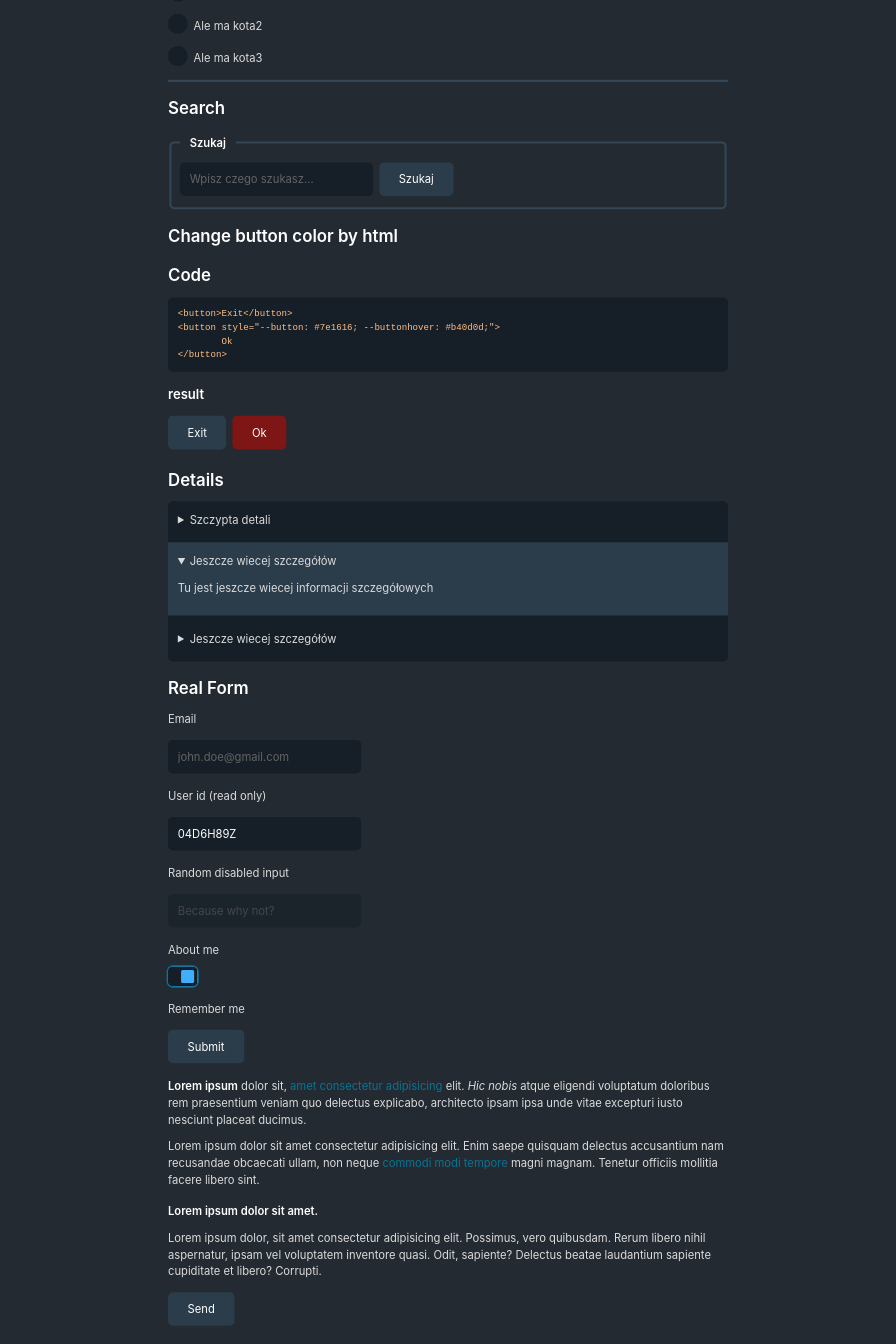
Repository: KozakBartosz/Draft
Page: index.html
These files come from the project's save history. The page is drawn as it stood at one moment and after the next save; the edit follows.
The browser window is 1280 px wide. The pictures show the part of the page from y = 2810 to 4730 px (the page is 4730 px tall before and 4723 px after), at 70% of full size.

Above is the page before, as saved 2019-04-12 09:12:36.

### index.html
<!DOCTYPE html>
<html lang="en">
	<head>
		<meta charset="UTF-8" />
		<meta name="viewport" content="width=device-width, initial-scale=1.0" />
		<meta http-equiv="X-UA-Compatible" content="ie=edge" />
		<title>Draft.css</title>
		<link rel="stylesheet" href="draft.css" />
	</head>
	<body>
		<h1><input type="checkbox" checked="checked" /> Draft.css</h1>
		<div style="float: right">
			Thema:
			<select name="" id="changethema">
				<option value="0">Defult</option>
				<option value="1">Defult mini</option>
				<option value="2">Light</option>
				<option value="3">Blood</option>
				<option value="4">Matrix</option>
			</select>
		</div>
		<h1>The most simple css framwork</h1>
		<h2>What is draft.css</h2>
		<p>
			Framwork is targeted at quickly creating prototypes of forms and
			simple template. Designed to written html code looked beautiful and
			did not require any class and non-standard elements.
		</p>
		<h2>How use</h2>
		<p>All you have to do is add this code to the head section:</p>

		<pre><code>&lt;link rel="stylesheet" href="https://kozakbartosz.pl/draft/def.css" /&gt;</code></pre>

		<h1>Examples:</h1>

		<h3>Code:</h3>

		<pre><code>&lt;label&gt;<br />&nbsp; &nbsp; Normal text: &lt;input type="text" placeholder="placeholder..." /&gt;<br />&lt;/label&gt;<br />&lt;label&gt;<br />&nbsp; &nbsp; Inpit number: &lt;input type="number" value="1"/&gt;<br />&lt;/label&gt;<br />Data:<br />&lt;p&gt;<br />&nbsp; &nbsp; &lt;input type="date" /&gt;<br />&nbsp; &nbsp; &lt;input type="time" /&gt;<br />&lt;/p&gt;<br />Commodi:<br />&lt;label&gt;<br />&nbsp; &nbsp; &lt;input type="checkbox" /&gt; facilis non?<br />&lt;/label&gt;</code></pre>
		<h3>Result:</h3>
		<label>
			Normal text
			<input type="text" placeholder="placeholder..." />
		</label>
		<label>
			Inpit number
			<input type="number" value="1" />
		</label>
		Data:
		<p>
			<input type="date" />
			<input type="time" />
		</p>
		Commodi:
		<label> <input type="checkbox" /> facilis non? </label>

		<hr />

		<h3>Code:</h3>
		<pre><code>// This logs a message to the console<br />console.log('Hello,world!')</code></pre>

		<h2>Forms</h2>

		<ul>
			<li>Lorem, ipsum dolor.</li>
			<li>Commodi, aut ipsa.</li>
			<li>Dignissimos, quibusdam nobis?</li>
			<li>Quae, in praesentium.</li>
			<li>Aut, facilis non?</li>
		</ul>
		<ol>
			<li>Lorem, ipsum dolor.</li>
			<li>Commodi, aut ipsa.</li>
			<li>Dignissimos, quibusdam nobis?</li>
			<li>Quae, in praesentium.</li>
			<li>Aut, facilis non?</li>
		</ol>
		<textarea
			name="about"
			id="about"
			placeholder="I am a textarea..."
			rows="6"
		></textarea>
		<h2>Lorem ipsum dolor sit amet.</h2>
		<label>
			Normal text
			<input type="text" />
		</label>
		<label>
			Inpit number <input type="number" / value="1">
		</label>
		Data:
		<p>
			<input type="date" />
			<input type="time" />
		</p>
		<label>
			Nazwa:
			<select name="" id="">
				<option value="">Wybierz</option>
				<option value="">jeden</option>
				<option value="">dwa</option>
				<option value="">trzy</option>
			</select>
		</label>

		<table>
			<tr>
				<th>lorem</th>
				<th>lorem</th>
				<th>lorem</th>
			</tr>
			<tr>
				<td>lorem</td>
				<td>lorem</td>
				<td>lorem</td>
			</tr>
			<tr>
				<td>lorem</td>
				<td>lorem</td>
				<td>lorem</td>
			</tr>
		</table>

		<h3>Checkbox</h3>
		<label> <input type="checkbox" /> Ale ma kota </label>

		<label> <input type="checkbox" /> Ale ma kota2 </label>

		<label> <input type="checkbox" /> Ale ma kota3 </label>

		<h3>Radio</h3>
		<label> <input type="radio" name="radio" /> Ale ma kota </label>
		<label> <input type="radio" name="radio" /> Ale ma kota2 </label>
		<label> <input type="radio" name="radio" /> Ale ma kota3 </label>

		<hr />

		<h2>Search</h2>

		<fieldset class="search">
			<legend>Szukaj</legend>
			<form action="produkty,szukaj" method="get">
				<input
					type="text"
					name="q"
					placeholder="Wpisz czego szukasz..."
				/>
				<button>Szukaj</button>
			</form>
		</fieldset>

		<h2>Change button color by html</h2>

		<h2>Code</h2>
		<pre><code>&lt;button&gt;Exit&lt;/button&gt;<br>&lt;button style="--button: #7e1616; --buttonhover: #b40d0d;"&gt;
	Ok<br>&lt;/button&gt;</code></pre>

		<h3>result</h3>
		<button>Exit</button>
		<button style="--button: #7e1616; --buttonhover: #b40d0d;">
			Ok
		</button>

		<h2>Details</h2>

		<details>
			<summary>Szczypta detali</summary>
			<p>Informacje szczegółowe na dany temat.</p>
		</details>

		<details open>
			<summary>Jeszcze wiecej szczegółów</summary>
			<p>Tu jest jeszcze wiecej informacji szczegółowych</p>
		</details>

		<details>
			<summary>Jeszcze wiecej szczegółów</summary>
			<p>
				Lorem ipsum dolor sit amet consectetur adipisicing elit. Minima
				fugiat explicabo assumenda ducimus nobis aliquid esse, ad ab
				sapiente officiis repellat et, nisi atque itaque autem ut
				architecto tempore consequatur.
			</p>
		</details>

		<h2>Real Form</h2>

		<form>
			<label for="email">Email</label>
			<input
				type="email"
				name="email"
				id="email"
				placeholder="john.doe@gmail.com"
			/>

			<label for="id">User id (read only)</label>
			<input readonly="" name="id" id="id" value="04D6H89Z" />

			<label for="disabled">Random disabled input</label>
			<input
				disabled=""
				name="disabled"
				id="disabled"
				placeholder="Because why not?"
			/>

			<label for="about">About me</label>

			<input type="checkbox" name="remember" id="remember" checked="" />
			<label for="remember">Remember me</label>

			<input type="submit" />
		</form>

		<p>
			<strong>Lorem ipsum</strong> dolor sit,
			<a href="">amet consectetur adipisicing</a> elit.
			<i>Hic nobis</i> atque eligendi voluptatum doloribus rem praesentium
			veniam quo delectus explicabo, architecto ipsam ipsa unde vitae
			excepturi iusto nesciunt placeat ducimus.
		</p>
		<p>
			Lorem ipsum dolor sit amet consectetur adipisicing elit. Enim saepe
			quisquam delectus accusantium nam recusandae obcaecati ullam, non
			neque <a href="">commodi modi tempore </a>magni magnam. Tenetur
			officiis mollitia facere libero sint.
		</p>
		<h4>Lorem ipsum dolor sit amet.</h4>
		<p>
			Lorem ipsum dolor, sit amet consectetur adipisicing elit. Possimus,
			vero quibusdam. Rerum libero nihil aspernatur, ipsam vel voluptatem
			inventore quasi. Odit, sapiente? Delectus beatae laudantium sapiente
			cupiditate et libero? Corrupti.
		</p>

		<button>Send</button>
		<script>
			var themes = [
				[
					{ brand: "#41adff" },
					{ mainbg: "#232a31" },
					{ mainpaddng: "14px" },
					{ radius: "7px" },

					{ low: "#161f27" },
					{ like: "#2b3c4b" },
					{ midi: "#324759" },
					{ hight: "#0b7392" },

					{ text: "#dbdbdb" },
					{ textContrast: "#fff" },

					{ code: "#ffbe85" },

					{ button: "#2b3c4a" },
					{ buttonhover: "#334a5e" },
					{ buttontext: "#fff" },

					{ fillhover: "#1b2731" }
				],
				[
					{ brand: "#41adff" },
					{ mainbg: "#232a31" },
					{ mainpaddng: "12px" },
					{ radius: "12px" },

					{ low: "#161f27" },
					{ like: "#2b3c4b" },
					{ midi: "#324759" },
					{ hight: "#0b7392" },

					{ text: "#dbdbdb" },
					{ textContrast: "#fff" },

					{ code: "#ffbe85" },

					{ button: "#2b3c4a" },
					{ buttonhover: "#334a5e" },
					{ buttontext: "#fff" },

					{ fillhover: "#1b2731" }
				],
				[
					{ brand: "#41adff" },
					{ mainbg: "#ffffff" },
					{ mainpaddng: "14px" },
					{ radius: "7px" },

					{ low: "#e8f1fa" },
					{ like: "#cfe2f7" },
					{ midi: "#b2cee7" },
					{ hight: "#1db5e4" },

					{ text: "#3f4646" },
					{ textContrast: "#1a1f1f" },

					{ code: "#20595f" },

					{ button: "#3dcca1" },
					{ buttonhover: "#34e0ad" },
					{ buttontext: "#fff" },

					{ fillhover: "#e8f5ff" }
				],
				[
					{ mainpaddng: "18px" },
					{ radius: "3px" },
					{ brand: "#c21a1a" },
					{ mainbg: "#312323" },

					{ code: "#ffbe85" },

					{ text: "#dbdbdb" },
					{ textContrast: "#fff" },

					{ button: "#4a2b2b" },
					{ buttonhover: "#5e3333" },
					{ buttontext: "#fff" },

					{ fillhover: "#311b1b" },

					{ low: "#271616" },
					{ like: "#4b2b2b" },
					{ midi: "#593232" },
					{ hight: "#800f0f" }
				],
				[
					{ mainpaddng: "11px" },
					{ radius: "13px" },
					{ brand: "#1ac260" },
					{ mainbg: "#233126" },

					{ code: "#c0ff85" },

					{ text: "#dbdbdb" },
					{ textContrast: "#fff" },

					{ button: "#324a2b" },
					{ buttonhover: "#385e33" },
					{ buttontext: "#fff" },

					{ fillhover: "#1b3122" },

					{ low: "#162717" },
					{ like: "#2b4b2e" },
					{ midi: "#32593f" },
					{ hight: "#0f803a" }
				]
			];

			let changethema = document.getElementById("changethema");
			let root = document.documentElement;
			changethema.addEventListener("change", e => {
				console.log(e);
				var theme = themes[e.target.value];
				theme.forEach(element => {
					var k = Object.keys(element)[0];
					root.style.setProperty("--" + k, element[k]);
				});
			});
		</script>
	</body>
</html>

### draft.css
/* TO DO */
/* <details> */
:root {
	--brand: #41adff;
	--mainbg: #232a31;
	--mainpaddng: 14px;
	--radius: 7px;

	--low: #161f27;
	--like: #2b3c4b;
	--midi: #324759;
	--hight: #0b7392;

	--text: #dbdbdb;
	--textContrast: #fff;

	--code: #ffbe85;

	--button: #2b3c4a;
	--buttonhover: #334a5e;
	--buttontext: #fff;

	--fillhover: #1b2731;
}
/*
:root {
	--brand: #41adff;
	--mainbg: #ffffff;
	--mainpaddng: 14px;
	--radius: 7px;

	--low: #e8f1fa;
	--like: #cfe2f7;
	--midi: #b2cee7;
	--hight: #1db5e4;

	--text: #3f4646;
	--textContrast: #1a1f1f;

	--code: #20595f;

	--button: #3dcca1;
	--buttonhover: #34e0ad;
	--buttontext: #fff;

	--fillhover: #e8f5ff;
} */

/* :root {
	--mainpaddng: 18px;
	--radius: 3px;
	--brand: #c21a1a;
	--mainbg: #312323;

	--code: #ffbe85;

	--text: #dbdbdb;
	--textContrast: #fff;

	--button: #4a2b2b;
	--buttonhover: #5e3333;
	--buttontext: #fff;

	--fillhover: #311b1b;

	--low: #271616;
	--like: #4b2b2b;
	--midi: #593232;
	--hight: #800f0f;
} */

/* :root {
	--mainpaddng: 11px;
	--radius: 13px;
	--brand: #1ac260;
	--mainbg: #233126;

	--code: #c0ff85;

	--text: #dbdbdb;
	--textContrast: #fff;

	--button: #324a2b;
	--buttonhover: #385e33;
	--buttontext: #fff;

	--fillhover: #1b3122;

	--low: #162717;
	--like: #2b4b2e;
	--midi: #32593f;
	--hight: #0f803a;
} */
body {
	font-family: -apple-system, BlinkMacSystemFont, "Segoe UI", "Roboto",
		"Oxygen", "Ubuntu", "Cantarell", "Fira Sans", "Droid Sans",
		"Helvetica Neue", sans-serif;
	line-height: 1.5;
	max-width: 800px;
	margin: 20px auto;
	padding: 0 var(--mainpaddng);
	color: var(--text);
	background: var(--mainbg);
	text-rendering: optimizeLegibility;
}

label {
	display: block;
}
a,
a:active,
button,
button:active,
input,
input:active,
textarea,
details,
summary,
th,
td {
	outline: none;
	box-shadow: none;
	transition: background-color 0.2s ease, box-shadow 0.2s ease,
		transform 0.2s ease;
}
h1 {
	font-size: 2.2em;
	margin-top: 0;
}
h1,
h2,
h3,
h4,
h5,
h6 {
	margin-bottom: 12px;
}
h1,
h2,
h3,
h4,
h5,
h6,
strong {
	color: var(--textContrast);
	font-weight: 600;
}
button,
input[type="submit"],
input[type="button"],
input[type="checkbox"],
input[type="radio"] {
	cursor: pointer;
	display: inline-block;
}

input,
select,
button,
textarea {
	/* display: block; */
	color: var(--textContrast);
	background-color: var(--low);
	font-family: inherit;
	font-size: inherit;
	margin: 4px 4px 6px 0;
	padding: var(--mainpaddng);
	border: none;
	border-radius: var(--radius);
	outline: none;
	-webkit-appearance: none;
	vertical-align: middle;
}
input[type="number"] {
	max-width: calc(var(--mainpaddng) * 5);
}

button:hover,
input:hover,
select:hover,
textarea:hover,
textarea:hover {
	background-color: var(--fillhover);
}

label > input,
label > select {
	display: block;
}

textarea {
	margin-right: 0;
	width: 100%;
	box-sizing: border-box;
	resize: vertical;
}
button,
input[type="submit"],
input[type="button"] {
	color: var(--buttontext);
	background-color: var(--button);
	padding: var(--mainpaddng) calc(var(--mainpaddng) * 2);
}

select {
	padding-right: calc(var(--mainpaddng) * 3);
	background: var(--low)
		url("data:[embedded picture, 198 characters]")
		100% 50%/27px 7px no-repeat;
}

input:focus,
select:focus,
button:focus,
textarea:focus {
	background-color: var(--fillhover);
	box-shadow: 0 0 0 2px var(--hight);
}

button:focus,
input[type="submit"]:focus,
input[type="button"]:focus {
	background-color: var(--buttonhover);
}

button:hover,
input[type="submit"]:hover,
input[type="button"]:hover {
	background-color: var(--buttonhover);
	box-shadow: 0 5px 20px -5px rgba(0, 0, 0, 0.35), 0 3px 0 0 var(--button);
	transform: translateY(-3px);
}
button:active {
	transform: translateY(0px);
	box-shadow: 0 5px 20px -5px rgba(0, 0, 0, 0.35);
}

input:disabled {
	cursor: not-allowed;
	opacity: 0.5;
}

input[type="radio"],
input[type="checkbox"] {
	margin-top: -2px;
	transition: background-color 0.25s ease,
		box-shadow 0.25s cubic-bezier(0.53, 1.59, 0.51, 1);
}
input[type="checkbox"] {
	background-color: var(--like);
	width: calc(var(--mainpaddng) * 3);
	box-shadow: calc(var(--mainpaddng) * -1) 0 0 calc(var(--mainpaddng) / 3)
			var(--low) inset,
		0 0 0 calc(var(--mainpaddng) / 3) var(--low) inset;
}
input[type="checkbox"]:hover,
input[type="radio"]:hover {
	background-color: var(--midi);
}
input[type="checkbox"]:focus {
	box-shadow: calc(var(--mainpaddng) * -1) 0 0 calc(var(--mainpaddng) / 3)
			var(--low) inset,
		0 0 0 calc(var(--mainpaddng) / 3) var(--low) inset,
		0 0 0 2px var(--hight);
}

input[type="radio"] {
	border-radius: 100%;
	box-shadow: 0 0 0 calc(var(--mainpaddng) / 2) var(--low) inset;
}
input[type="checkbox"]:checked,
input[type="radio"]:checked {
	box-shadow: 0 0 0 calc(var(--mainpaddng) / 3) var(--low) inset,
		0 0 0 2px var(--hight), 0 0 0 1px var(--low);
	background-color: var(--brand);
}

input[type="checkbox"]:checked {
	box-shadow: var(--mainpaddng) 0 0 calc(var(--mainpaddng) / 3) var(--low)
			inset,
		0 0 0 calc(var(--mainpaddng) / 3) var(--low) inset,
		0 0 0 2px var(--hight);
}

::placeholder {
	color: #636363;
}
a {
	text-decoration: none;
	color: var(--hight);
}
a:hover {
	text-decoration: underline;
	color: var(--brand);
}
ul,
ol,
label,
code,
p {
	margin: var(--mainpaddng) 0;
}

code,
kbd {
	background: var(--low);
	color: var(--code);
	padding: var(--mainpaddng);
	border-radius: var(--radius);
}
/* pre {
	margin: 0 calc(var(--mainpaddng) * -1);
} */
pre > code {
	display: block;
	overflow-x: auto;
}
img {
	max-width: 100%;
}
hr {
	margin: var(--mainpaddng) 0;
	border: none;
	height: 3px;
	border-radius: calc(var(--radius) / 6);
	background: var(--midi);
}
fieldset {
	border: 3px solid var(--midi);
	border-radius: var(--radius);
}
fieldset > legend {
	font-weight: 600;
	color: var(--textContrast);
	padding: calc(var(--mainpaddng) / 2) calc(var(--mainpaddng));
}

details {
	padding: var(--mainpaddng);
	border-radius: var(--radius);
	padding-bottom: calc(var(--mainpaddng) + var(--radius));
	background: var(--low);
}

details:last-child {
	padding-bottom: var(--mainpaddng);
}

details + details {
	margin-top: calc(var(--radius) * -1);
	border-top: var(--radius) solid var(--low);
	border-radius: 0 0 var(--radius) var(--radius);
}

details[open],
details:hover:not([open]) {
	background: var(--like);
	z-index: 1;
}
details summary {
	cursor: pointer;
	margin: calc(var(--mainpaddng) * -1);
	padding: var(--mainpaddng);
}

table {
	/* border-collapse: collapse; */
	margin: var(--mainpaddng) -2px;
	border-radius: calc(var(--radius) + 4px);
	width: calc(100% + 4px);
	overflow: hidden;
	border-spacing: 2px;
}
td,
th {
	padding: var(--mainpaddng);
	background: var(--low);
}
th {
	color: var(--textContrast);
}
tr:hover td,
tr:hover th {
	background-color: var(--fillhover);
}

After the next save:
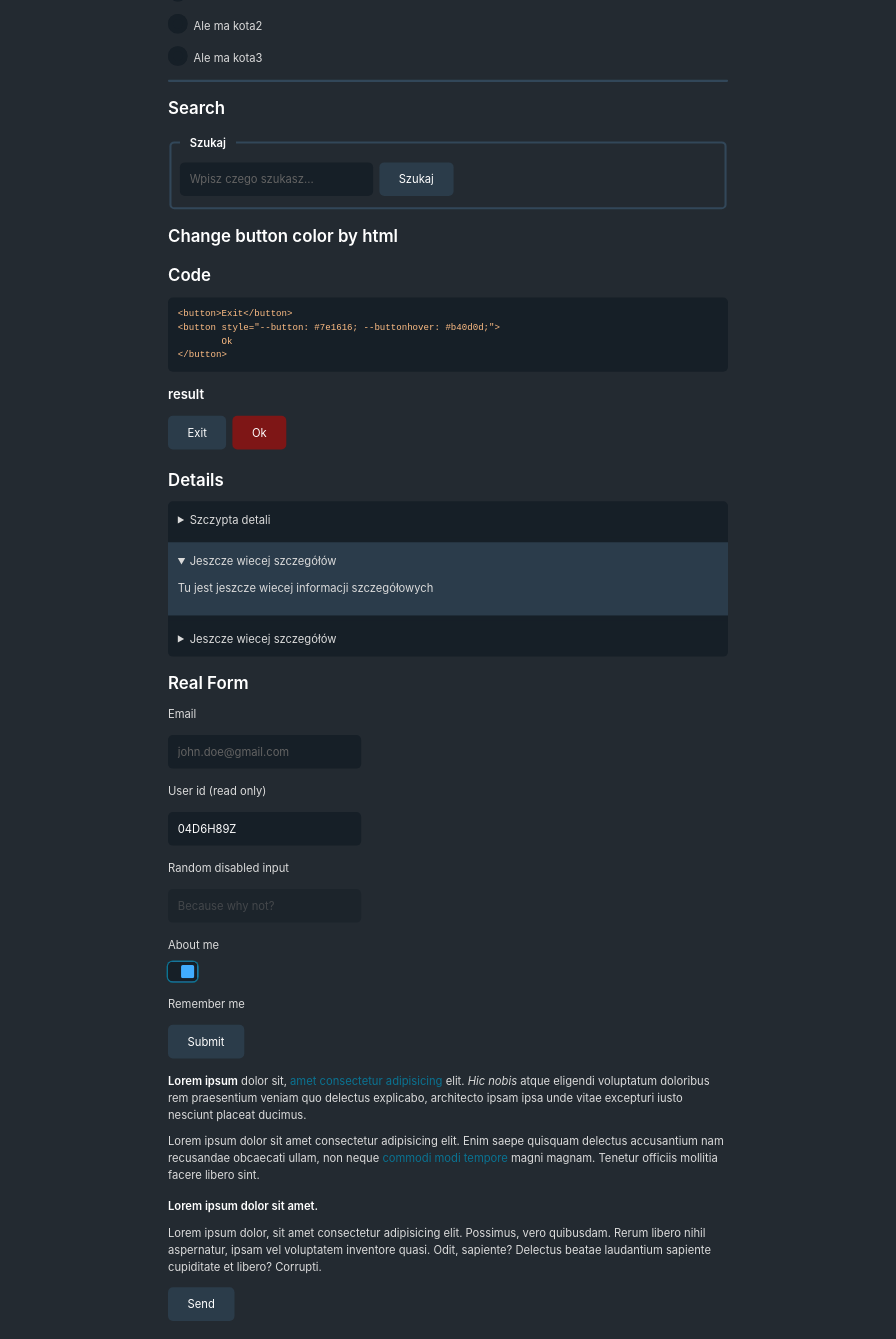
Saved 30 s later.
--- a/draft.css
+++ b/draft.css
@@ -342,7 +342,7 @@ details {
 	background: var(--low);
 }
 
-details:last-child {
+details:last-of-type {
 	padding-bottom: var(--mainpaddng);
 }
 
